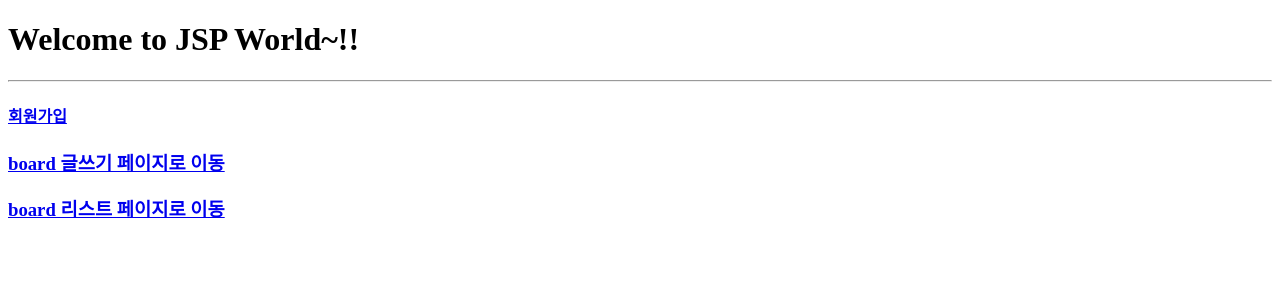
Repository: dtkd19/jsp-jstl_241022
Page: http://localhost/jsp_study/
An editor plug-in stored every save of this project. The page is shown before and after a run of saves, followed by the edit.
The browser window is 1280 px wide. The pictures show the whole page.
The page is served by Tomcat 9. Other server files are loaded and not shown.

Above is the page before, as saved 2024-10-25 01:55:34.

### jsp_study/src/main/webapp/index.jsp
<%@ page language="java" contentType="text/html; charset=UTF-8"
    pageEncoding="UTF-8"%>
<!DOCTYPE html>
<html>
<head>
<meta charset="UTF-8">
<title>Insert title here</title>
</head>
<body>
	<h1>Welcome to JSP World~!!</h1>
	<hr>
	<h4><a href="/mem/join">회원가입</a></h4>

	<!-- jsp의 모든경로는 controller로 이동하게 해야함. -->
	<h3><a href="/brd/register">board 글쓰기 페이지로 이동</a></h3>
	<h3><a href="/brd/list">board 리스트 페이지로 이동</a></h3>

</body>
</html>

After the next 2 saves:
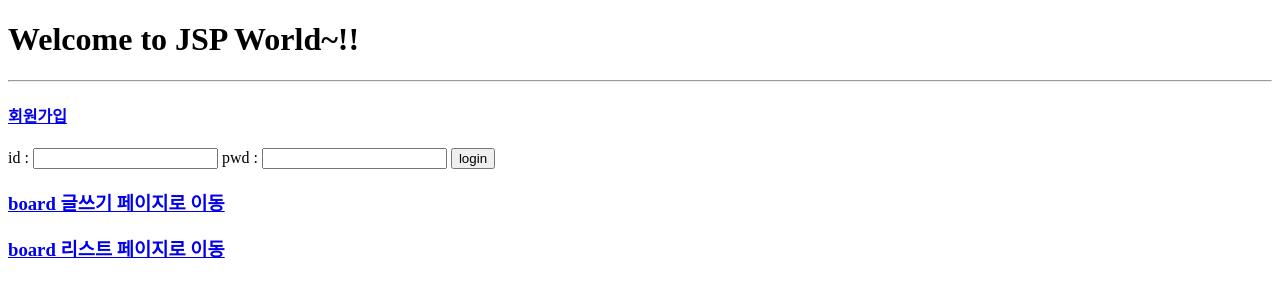
The 2 saves are shown as one change because they came seconds apart.
The last was saved 40 min 30 s later.
--- a/jsp_study/src/main/webapp/index.jsp
+++ b/jsp_study/src/main/webapp/index.jsp
@@ -10,6 +10,12 @@
 	<h1>Welcome to JSP World~!!</h1>
 	<hr>
 	<h4><a href="/mem/join">회원가입</a></h4>
+	<div>
+	id : <input type="text" name="id"> pwd : <input type="password" name="pwd">
+	<button>login</button>
+
+	<form action=""></form>
+	</div>
 
 	<!-- jsp의 모든경로는 controller로 이동하게 해야함. -->
 	<h3><a href="/brd/register">board 글쓰기 페이지로 이동</a></h3>
